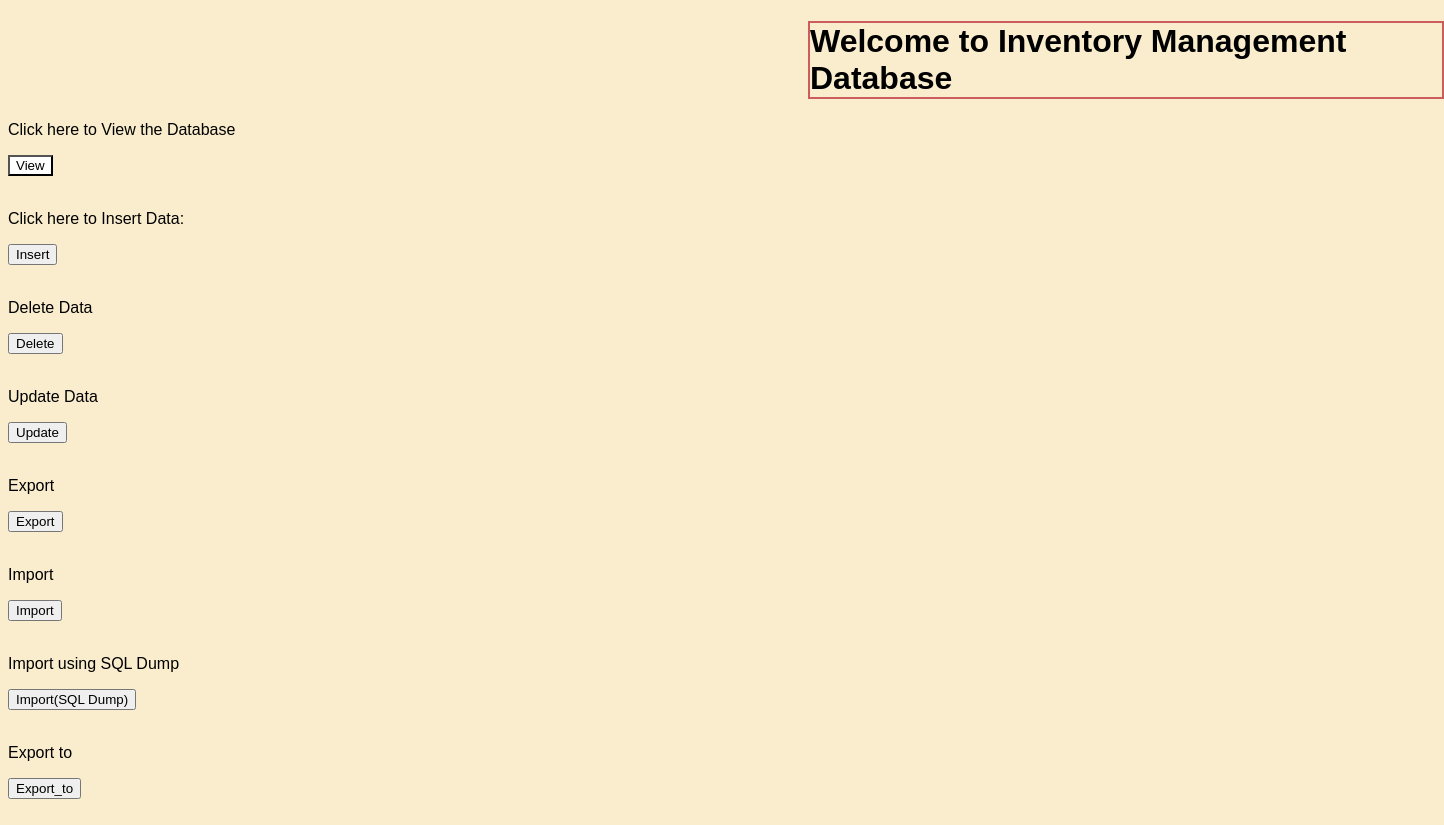
Repository: cyrusdwivedi2002/inventory-management-system
Page: DemoApp/src/main/webapp/Mainpage.html
The author's editor kept a copy of each file at every save. The page is drawn from the files as they stood at one save, then again after the next save.
The browser window is 1280 px wide. The page is 1444 px wide, then 1280 px, so the pictures cover 1444 px, including what lies to the right of the window. The pictures show the whole page.
Some web fonts or font styles are not loaded; a fallback is used.

Above is the page before, as saved 2022-06-24 18:23:15.

After the next save:
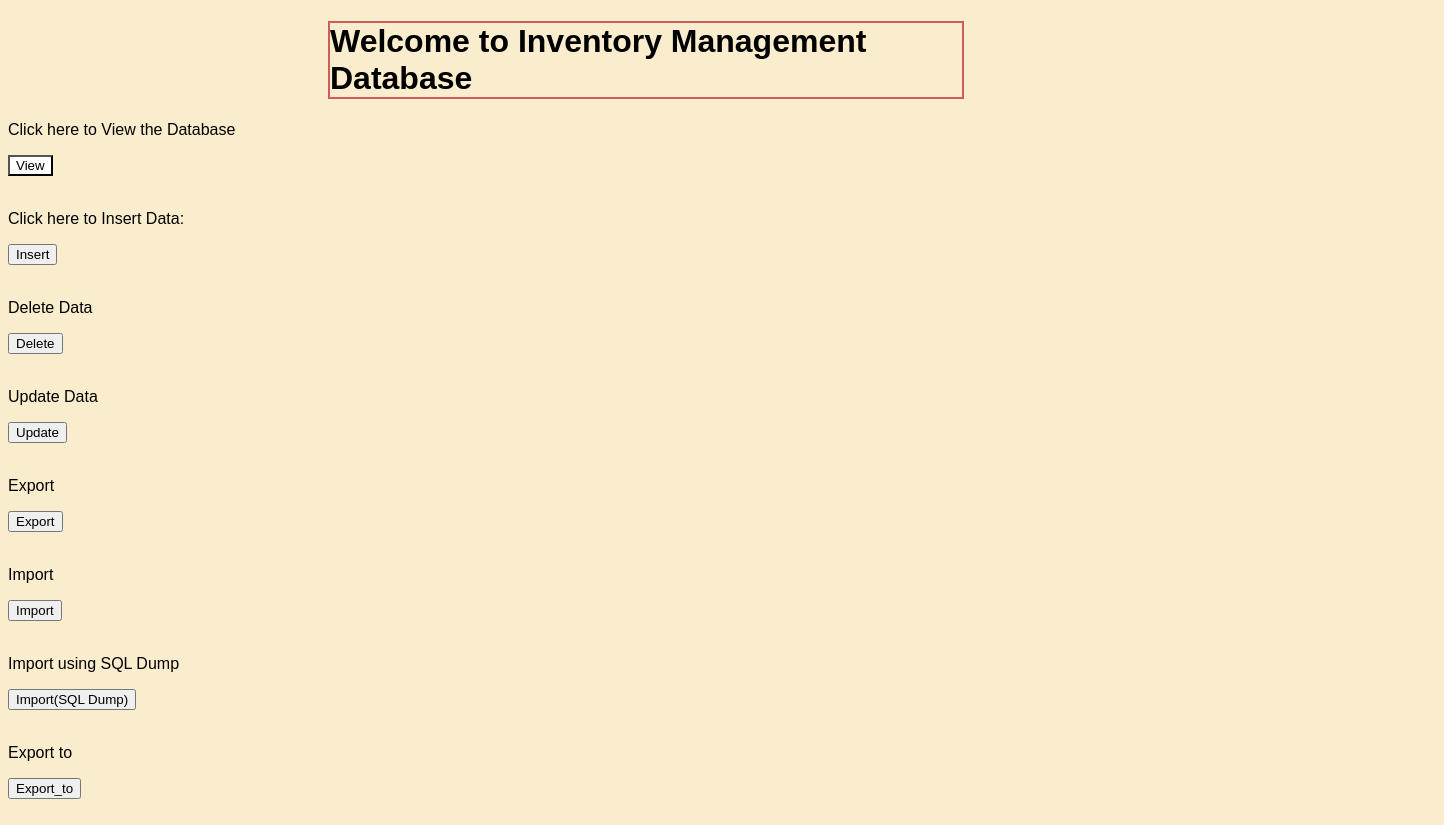
Saved 14 s later.
--- a/DemoApp/src/main/webapp/Mainpage.html
+++ b/DemoApp/src/main/webapp/Mainpage.html
@@ -15,7 +15,7 @@ font-family: 'Anek Latin', sans-serif;
 h1{
 color: black;
 width: 50%;
-margin-left:25em;
+margin-left:10em;
 border: 2px solid indianred;
 }
 </style>
